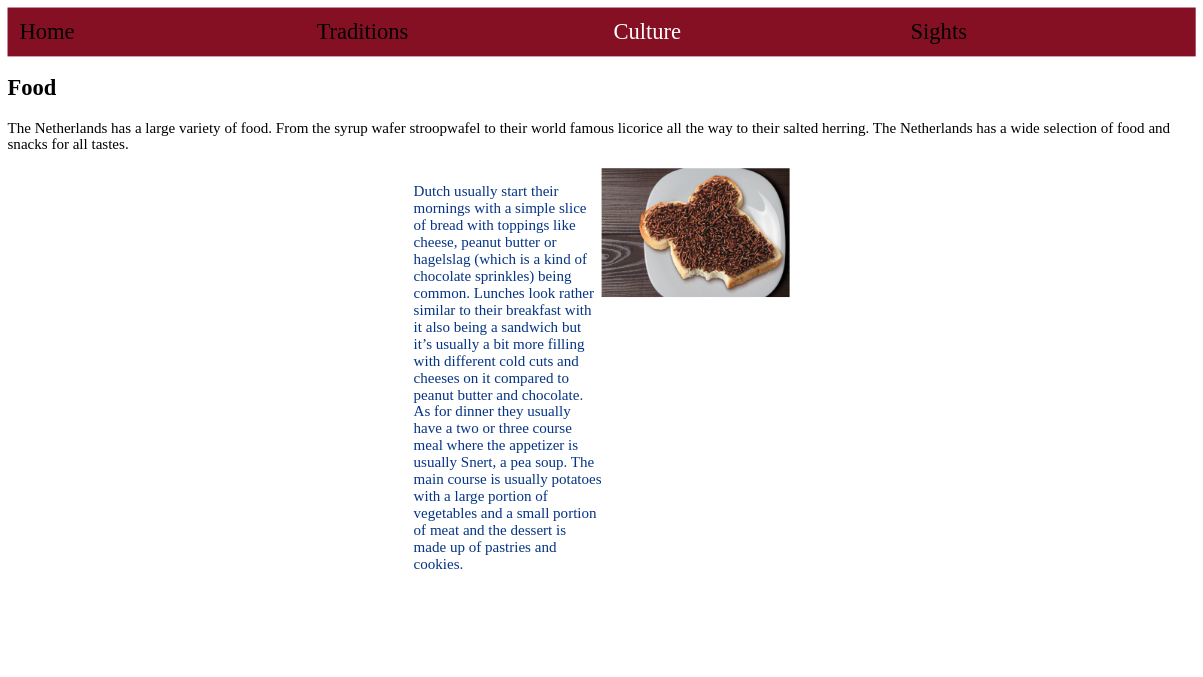
Repository: Cornman63/The-netherlands
Page: culture2.html
An editor plug-in stored every save of this project. The page is shown before and after the next save, followed by the edit.
The browser window is 1280 px wide. The pictures show the whole page, at 94% of full size.

Above is the page before, as saved 2023-05-26 12:35:42.

After the next save:
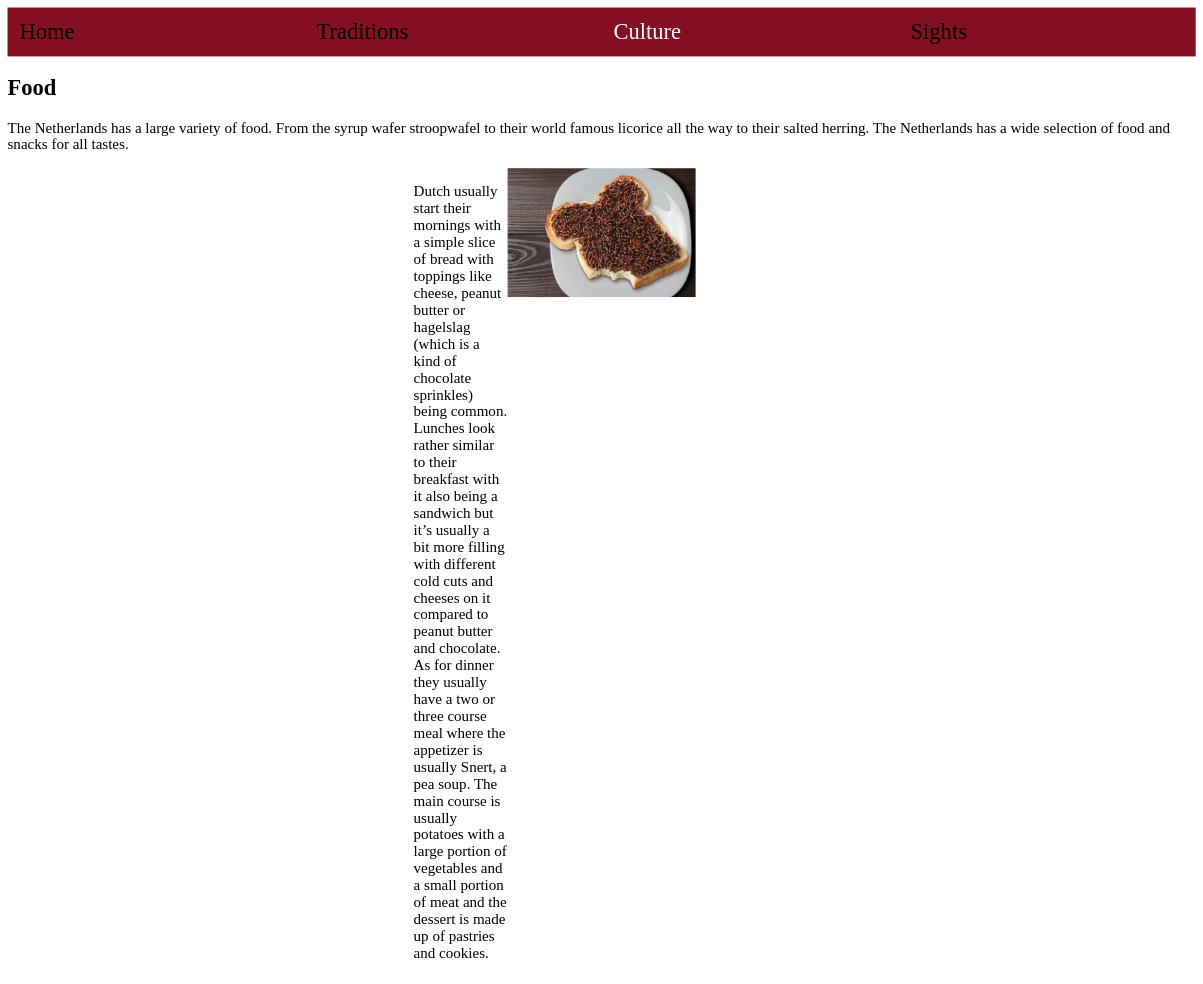
Saved 1 s later.
--- a/style2.css
+++ b/style2.css
@@ -48,6 +48,5 @@
     flex-direction: row;
 }
 .start {
-    width: 700px;
-    color:#053484;
+    width: 100px;
 }
